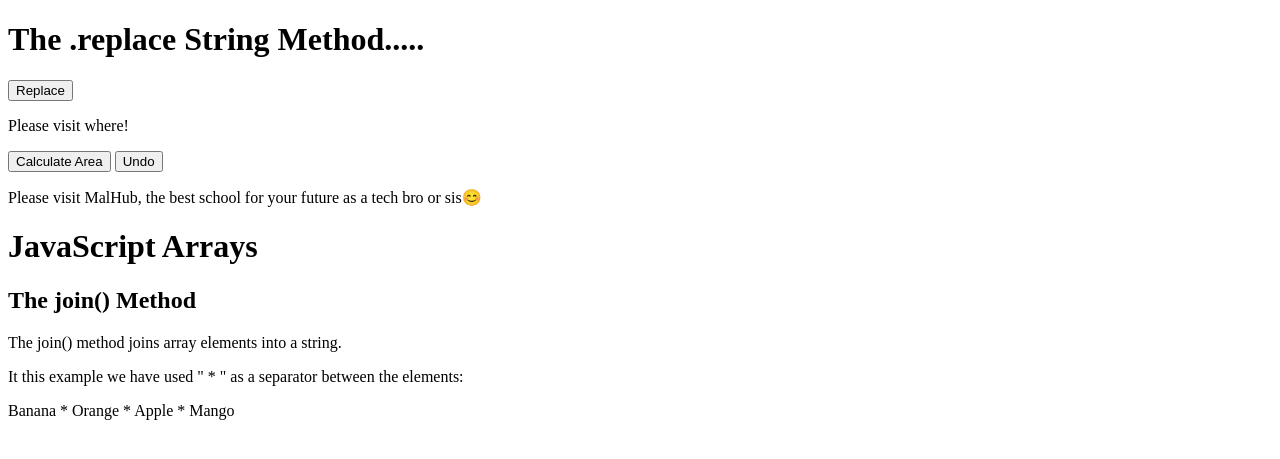
Repository: isaacCodes1/Calculator-with-js
Page: assignment.html
The author's editor kept a copy of each file at every save. The page is drawn from the files as they stood at one save, then again after a run of saves.
The browser window is 1280 px wide. The pictures show the whole page.

Above is the page before, as saved 2024-05-13 09:15:20.

### assignment.html
<!DOCTYPE html>
<html lang="en">
  <head>
    <meta charset="UTF-8" />
    <meta name="viewport" content="width=device-width, initial-scale=1.0" />
    <title>JavaScript Assignments</title>
  </head>
  <body>
    <h1>The .replace String Method.....</h1>

  <button onclick="myFunction()">Replace</button>


  <p id="replace">Please visit where!</p>
  <p id="area"></p>
  <button onclick="calculateArea()">Calculate Area</button>

  <button onclick="Function()">Undo</button>
  <p id="undo">Please visit MalHub, the best school for your future as a tech bro or sis😊</p>


  <h1>JavaScript Arrays</h1>
<h2>The join() Method</h2>

<p>The join() method joins array elements into a string.</p>
<p>It this example we have used " * " as a separator between the elements:</p>

<p id="demO"></p>

  </body>
  <script>
    //Assignment
    // Monday 6th May 2024.
    //Five use cases of named, function expressions, arrow function, higher order functions.


    //Named Functions   //A named function is a function that has a name assigned to it. It is defined using the function keyword followed by a function declaration, and it is given a name using the function keyword followed by the function name and parentheses
    // 1.)

//     const PI = 3.14159;

//     function calculateCircleArea(radius) {
//       return PI * Math.pow(radius, 2);
//     }
//     console.log(PI);

//     // 2.)
//     const square = (x) => x * x;

//     console.log(square(5)); // Output: 25

//     // 3.)
//     const multiply = (a, b) => a * b;

//     console.log(multiply(5, 10)); // Output: 50

//     // 4.)
//     const greet = (name = "Guest") => `Hello, ${name}!`;

//     console.log(greet("John")); // Output: Hello, John!
//     console.log(greet()); // Output: Hello, Guest!

//     // 5)
//     const createProduct = (name, price) => ({
//       name,
//       price,
//       description: "This is a great product!",
//     });

//     // Functions expression     //A function expression is a JavaScript expression that creates a function and assigns it to a variable or object property. It is defined using the
//     // 1.)
//     const product1 = createProduct("Laptop", 1000);
//     console.log(product1);
//     // Output: { name: 'Laptop', price: 1000, description: 'This is a great product!' }

//     // 2.)
//     const square1 = (x) => x * x;

//     console.log(square1(5)); // Output: 25

//     // 3.)
//     // Function expression assigned to a variable
//         const double = function(num) {
//             return num * 2;
//         };
//         // Using the function expression
//         console.log(double(5)); // Output: 10  // This will multiply the 5 and 8 by 2 and add their results together
//         console.log(double(8)); // Output: 16

//     // 4.)
//     let greeting = "Hello";
//     let name = "John";

//     let greetPerson = function () {
//         return `${greeting}, ${name}!`;
//     };

//     console.log(greetPerson());

//     // 5.)
//     let num1 = 10;
//     let num2 = 5;

//     let addNumbers = function (a, b) {
//         return a + b;
//     };

//     console.log(addNumbers(num1, num2));

//     // Arrow Functions.

//     // 1.)

//     let adDNumbers = (a, b) => a + b;
//     console.log(addNumbers(5, 3)); // Output: 8

//     // 2.)

//     let square2 = (num) => num * num;
//     console.log(square2(4)); // Output: 16

//     // 3.)

//     let greetingS = (name) => `Hello, ${name}!`;
//     console.log(greetingS("Isaac")); // Output: Hello, Isaac!

//     // 4.)

//     let isEven = (num) => (num % 2 === 0 ? true : false);
//     console.log(isEven(10)); // Output: true

//     // 5.)

//     let calculateArea = (length, width) => length * width;
//     console.log(calculateArea(4, 5)); // Output: 20

//     // Higher order Functions.      //Higher-order functions are functions that can take other functions as arguments or return functions as their results.

//     // 1.)

//     let numbers = [1, 2, 3, 4, 5, 6];
//     let evenNumbers = numbers.filt      er((num) => num % 2 === 0);
//     console.log(evenNumbers); // Output: [2, 4, 6]

//     // 2.)

//     let numberS = [1, 2, 3, 4, 5];
//     let doubledNumbers = numberS.map((num) => num * 2);
//     console.log(doubledNumbers); // Output: [2, 4, 6, 8, 10]    //The map method is a higher-order function in JavaScript that is used to transform each element of an array into a new element based on a callback function.


//     // 3.)

//     let numbErs = [1, 2, 3, 4, 5];
//     let sum = numbErs.reduce((acc, curr) => acc + curr, 0);
//     console.log(sum); // Output: 15


// // 4.)

//     let colors = ['red', 'blue', 'green'];
//     colors.forEach(color =>
//     console.log(color));
// // Output:
// // red
// // blue
// // green


// // 5.)

// let nuMbers = [10, 20, 30, 40, 50];

// // Using the find method to find the first element greater than 25
// let result = nuMbers.find(num => num > 25);

// console.log(result); // Output: 30


// Tuesday 7th May, 2024.

  // .Concat Method..
  // 1,)

  var name = "Isaac";
  var surName = "Oladimeji";
  var fullName = name.concat(" ", surName);
  console.log(fullName);


  // 2.)

  let address = "No.";
  let noAddress = "10";
  let addStreet = "Police Road.";
  let fullAddress = address.concat(" ", noAddress, " ", addStreet);
  console.log(fullAddress);


  // 3.)

  let myList = "I need 10 Apples,";
  let myList1 = "Oranges, maybe🫡 watermelon,";
  let myList2 = "and a good blender for";
  let myList3 = "my fruit project!";
  let full = myList.concat(" ", myList1, " ", myList2, " ", myList3);
  console.log(full);



  // .padStart Method...


  // // 1.)

  // let myPassword1 = "5012"
  // let fullPassword = myPassword1.padStart(5, "3",);
  // console.log(fullPassword);  //Output:  "35012"

  // // 2.)

  // let str = '123';
  // let paddedStr = str.padStart(5, '0');
  // console.log(paddedStr); // Output: "00123"

  // 3.)

  let num = 7;
  let paddedNum = num.toString().padStart(3, '0');
  console.log(paddedNum); // Output: "007"



  // .padEnd Method.....


  // 1.)

  let Str = 'Hello, world';
  let PaddedStr = Str.padEnd(8, '!');
  console.log(PaddedStr); // Output: "Hello!!!"


  // 2.)

  let number = 123;
  let paddedNumber = number.toString()
  console.log(paddedNumber); // Output: "123000"


  // 3.)

  let text = 'JavaScript no be your mate';
  let paddedText = text.padEnd(40, "😑!");
  console.log(paddedText); // Output: "JavaScript no be your mate 😑!😑!😑!😑!😑!"



  // .repeat Method


  // 1.)

  let str1 = "Welcome! ";
  let repeatedStr = str1.repeat(3);
  console.log(repeatedStr); // Output: "abcabcabc"


  // 2.)

  let symbol = "*";
  let repeatedSymbol = symbol.repeat(5);
  console.log(repeatedSymbol); // Output: "*****"


  // 3.)

  let word = "Hello. ";
  let repeatedWord = word.repeat(2);
  console.log(repeatedWord); // Output: "Hello. Hello."



  // .replace Method...


  // 1.)


  let stR = 'Hello, to the World!';
  let newStr = stR.replace('Hello', 'JavaScript');
  console.log(newStr); // Output: "Hello, JavaScript!"



  // 2.)

  //With functions...

  function myFunction() {
  let text = document.getElementById("replace").innerHTML;
  document.getElementById("replace").innerHTML =
  text.replace("where","MalHub, the best school for your future as a tech bro or sis😊");
}

function Function(){
  let text = document.getElementById("undo").innerHTML;
  document.getElementById("undo").innerHTML =
  text.replace("MalHub, the best school for your future as a tech bro or sis😊","where!");
}


// 3.)

  let teXt = 'Hello, World! Hello, World!';
  let newText = teXt.replace(/Hello/g, 'Hi');
  console.log(newText); // Output: "Hi, World! Hi, World!"





  // .replaceAll method...


  // 1.)

  let sTr = 'Hi, World! Hi, World!';
  let NewStr = sTr.replaceAll('Hi', 'Hello!');
  console.log(NewStr); // Output: "Hello, World! Hello, World!"




  // 2.)


  let sentence = 'The quick brown fox jumps over the lazy dog.';
  let newSentence = sentence.replaceAll('o', '0');
  console.log(newSentence); // Output: "The quick br0wn f0x jumps 0ver the lazy d0g"


  // 3.)


  let tExt = 'Hello, World! Hello, World!';
  let NewText = tExt.replaceAll(/World/g, 'Mr.Jamiu');
  console.log(NewText); // Output: "Hi, World! Hi, World!"



  let house = "ade";
  let odHouse = "Oladimeji";
  let newHouse = ("d" + "og");
  console.log(newHouse);

  const greet = (name = "Idowu") => `Hello, ${name}!`;

    console.log(greet("John")); // Output: Hello, John!
    console.log(greet()); // Output: Hello, Guest!




  const square = (y) => y * y;

    console.log(square(10)); // Output: 25


     // Assign a value to the 'radius' variable
     let radius = 5;

// Define a function to calculate the area of a circle
function calculateArea() {
    // Use the Math.PI and Math.pow functions to calculate the area
    let area = Math.PI * Math.pow(radius, 3);

    // Display the result in the 'area' paragraph element
    document.getElementById("area").innerHTML = "The area of the circle is: " + area;
}

let name22 = "fgm";
  let name1 = "Idowu";
  let fullName2 = `Hello, ${name22}!`;
  console.log(fullName2);

  let as = "Idowu";
let newName = as.toUpperCase();
console.log(newName);




// Wednesday 8th May, 2024.

  // 1.)

  // .join Method.     //The join method in JavaScript is used to create and return a new string by concatenating all the elements of an array.
  const fruIts = ["Banana", "Orange", "Apple", "Mango"];

// 1,)
  const fruits = ["Banana", "Orange", "Apple", "Mango"];
  document.getElementById("demO").innerHTML = fruIts.join(" * ");


  // 2.)
  let fRuits = ['apple', 'banana', 'cherry'];
  let result = fRuits.join(', ');

  console.log(result); // Output: "apple, banana, cherry"

  // 3.)

  let numbers = [1, 2, 3, 4, 5];
  let reSult = numbers.join(' + ');

  console.log(reSult); // Output: "1 + 2 + 3 + 4 + 5"



  // .push Method   //The push method in JavaScript is used to add one or more elements to the end of an array and returns the new length of the array.

  // 1.)
    let fruit = ['apple', 'banana', 'orange'];
    fruit.push('grape');
  console.log(fruit); // Output: ['apple', 'banana', 'orange', 'grape']

  // 2.)

  let numbeR = [1, 2, 3, 4];
  numbeR.push(5);
  console.log(numbers); // Output: [1, 2, 3, 4, 5]

  // 3.)

  let colors = ['red', 'blue', 'green'];
  colors.push('yellow', 'purple');
  console.log(colors); // Output: ['red', 'blue', 'green', 'yellow', 'purple']


  // .pop  Method    //The pop method in JavaScript is used to remove the last element from an array and return that element.

  // 1.)
  let fruis = ['apple', 'banana', 'orange'];
  let lastFruit = fruis.pop();
  console.log(lastFruit); // Output: 'orange'
  console.log(fruis); // Output: ['apple', 'banana']


  // 2.)
  let numb = [1, 2, 3, 4];
  let lastNumber = numb.pop();
  console.log(lastNumber); // Output: 4
  console.log(numb); // Output: [1, 2, 3]

  // 3.)
  let colours = ['red', 'blue', 'green'];
  let lastColor = colours.pop();
  console.log(lastColor); // Output: 'green'
  console.log(colours); // Output: ['red', 'blue']


  // Shift Method...    //The shift method in JavaScript is used to remove the first element from an array and return that element.

  // 1.)
  let colos = ['red', 'blue', 'green'];
  let firstColor = colos.shift();
  console.log(firstColor); // Output: 'red'
  console.log(colos); // Output: ['blue', 'green']

  // 2.)

  let numers = [1, 2, 3, 4, 5];
  let firstNumber = numers.shift();
  console.log(firstNumber); // Output: 1
  console.log(numers); // Output: [2, 3, 4, 5]

  // 3.)

  let fun = ['apple', 'banana', 'orange', 'kiwi'];
  let firstFruit = fun.shift();
  console.log(firstFruit); // Output: 'apple'
  console.log(fun); // Output: ['banana', 'orange', 'kiwi']



  // Unshift Method....       //The unshift method in JavaScript is used to add one or more elements to the beginning of an array.

  // 1.)

  let nos = [3, 4, 5];
  nos.unshift(1, 2);
  console.log(nos); // Output: [1, 2, 3, 4, 5]


  // 2.)

  let pic = ['green', 'blue'];
  pic.unshift('red');
  console.log(pic); // Output: ['red', 'green', 'blue']

  // 3.)

  let animals = ['dog', 'cat'];
  animals.unshift('rabbit', 'hamster');
  console.log(animals); // Output: ['rabbit', 'hamster', 'dog', 'cat']




  // delete Method..      //In JavaScript, the delete operator is used to delete a property from an object. It can also be used to delete an element from an array, but it does not reindex the array or change the length of the array. Instead, it sets the value of the deleted element to undefined.


  // 1.)

  let veg = ['apple', 'banana', 'orange'];
  delete veg[1];
  console.log(veg); // Output: ['apple', empty, 'orange']

  // 2.)

  let count = [1, 2, 3, 4, 5];
  delete count[3];
  console.log(count); // Output: [1, 2, 3, empty, 5]

  // 3.)

  let shade = ['red', 'blue', 'green'];
  delete shade[2];
  console.log(shade); // Output: ['red', 'blue, empty]



  // concat Method....      //This is used to join tow or more arrays together in to one new array.

  // 1.)

  let arr1 = [1, 2, 3];
  let arr2 = [4, 5, 6];
  let combinedArray = arr1.concat(arr2);
  console.log(combinedArray); // Output: [1, 2, 3, 4, 5, 6]


  // 2.)

  let eatables = ['apple', 'banana'];
  let moreFruits = ['orange', 'kiwi'];
  let allFruits = eatables.concat(moreFruits);
  console.log(allFruits); // Output: ['apple', 'banana', 'orange', 'kiwi']


  // 3.)

  let names1 = ['John', 'Jane'];
  let names2 = ['Alice', 'Bob'];
  let allNames = names1.concat(names2);
  console.log(allNames); // Output: ['John', 'Jane', 'Alice', 'Bob']



  // copyWithin method...         //The copyWithin method is used to copy a sequence of array elements within the same array.



  // 1.)

  let counts = [1, 2, 3, 4, 5];
  counts.copyWithin(0, 3, 5);
  console.log(counts); // Output: [4, 5, 3, 4, 5]


  // 2.)

  let color = ['red', 'green', 'blue', 'yellow', 'orange'];
  color.copyWithin(1, 3, 5);
  console.log(color); // Output: ['red', 'yellow', 'orange', 'yellow', 'orange']

  // 3.)

  let letters = ['a', 'b', 'c', 'd', 'e'];
  letters.copyWithin(-3, -1);
  console.log(letters); // Output: ['a', 'd', 'e', 'd', 'e']




  // flat Method...       //The flat method is used to flatten a nested array by concatenating all sub-array elements into a new array.


  // 1.)

  let nestedArray = [1, [2, 3], 4, [5]];
  let flatArray = nestedArray.flat();
  console.log(flatArray); // Output: [1, 2, 3, 4, 5]

  // 2.)

  let deeplyNested = [1, [2, [3, [4]]]];
  let flatDeeplyNested = deeplyNested.flat(Infinity);
  console.log(flatDeeplyNested); // Output: [1, 2, 3, 4]


  // 3.)

  let arrayWithEmptySlots = [1, 2, , 3, 4];
  let flatArrayWithoutEmpty = arrayWithEmptySlots.flat();
  console.log(flatArrayWithoutEmpty); // Output: [1, 2, 3, 4]



  // splice Method........


  // 1.)

  let figure = [10, 20, 30, 40, 50];
  figure.splice(2, 2); // Removes 2 elements starting from index 2
  console.log(figure); // Output: [10, 20, 50]


  // 2.)

  let veges = ['apple', 'banana', 'cherry'];
  veges.splice(1, 0, 'orange', 'pear'); // Inserts 'orange' and 'pear' at index 1
  console.log(veges); // Output: ['apple', 'orange', 'pear', 'banana', 'cherry']

  // 3.)

  let shades = ['red', 'green', 'blue'];
  shades.splice(1, 1, 'yellow', 'purple'); // Replaces 1 element at index 1 with 'yellow' and 'purple'
  console.log(shades); // Output: ['red', 'yellow', 'purple', 'blue']
    </script>
</html>

After the next 2 saves:
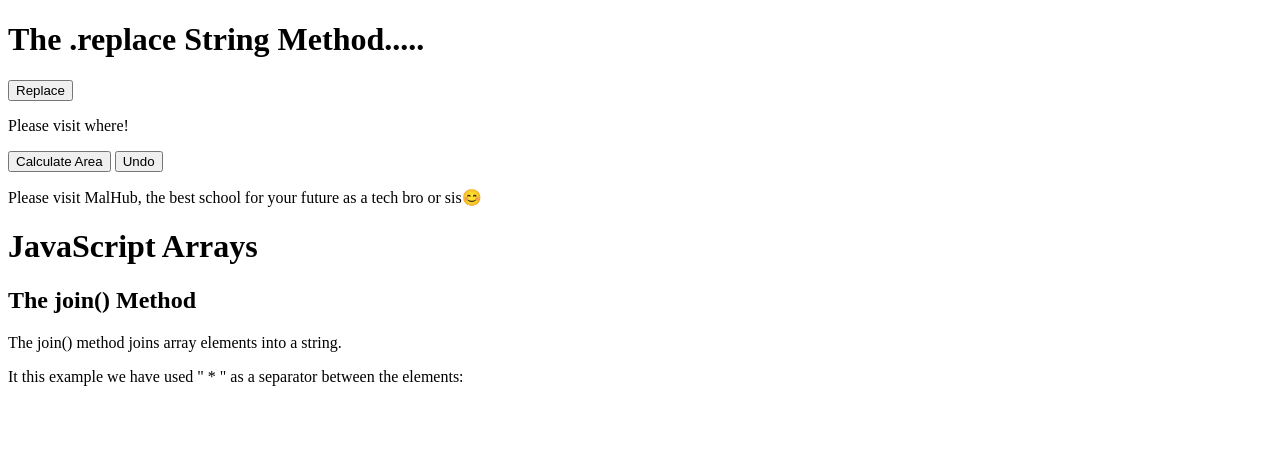
Console error: TypeError: Cannot read properties of undefined (reading 'log')
The 2 saves are shown as one change because they came seconds apart.
The last was saved 22 s later.
--- a/assignment.html
+++ b/assignment.html
@@ -211,17 +211,17 @@
   // .padStart Method...
 
 
-  // // 1.)
-
-  // let myPassword1 = "5012"
-  // let fullPassword = myPassword1.padStart(5, "3",);
-  // console.log(fullPassword);  //Output:  "35012"
-
-  // // 2.)
-
-  // let str = '123';
-  // let paddedStr = str.padStart(5, '0');
-  // console.log(paddedStr); // Output: "00123"
+  // 1.)
+
+  let myPassword1 = "5012"
+  let fullPassword = myPassword1.padStart(5, "3",);
+  console.log(fullPassword);  //Output:  "35012"
+
+  // 2.)
+
+  let str = '123';
+  let paddedStr = str.padStart(5, '0');
+  console.log(paddedStr); // Output: "00123"
 
   // 3.)
 
@@ -244,7 +244,7 @@
   // 2.)
 
   let number = 123;
-  let paddedNumber = number.toString()
+  let paddedNumber = number.toString().
   console.log(paddedNumber); // Output: "123000"
 
 

After the save that followed:
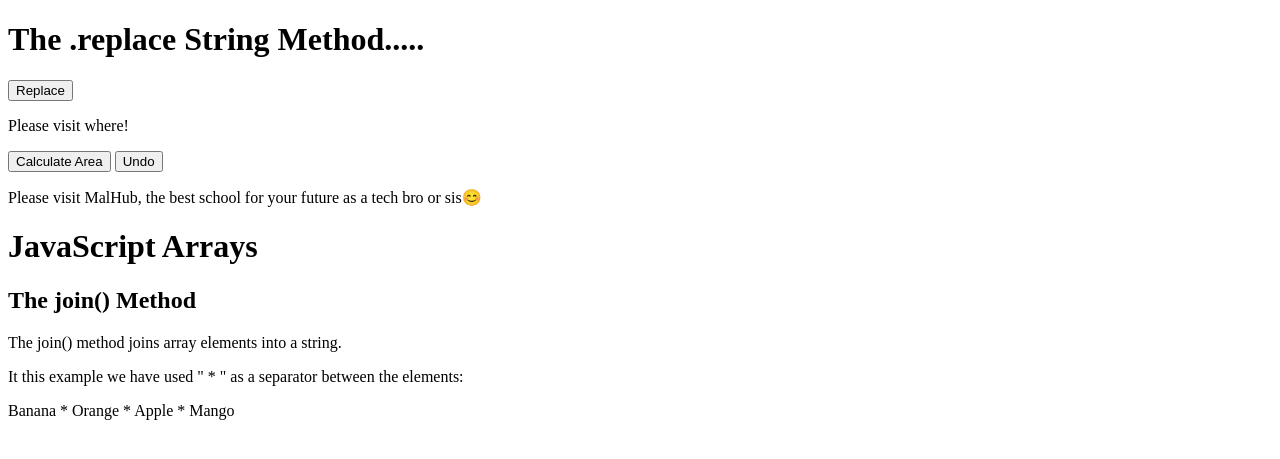
The error is gone.
Saved 6 s later.
--- a/assignment.html
+++ b/assignment.html
@@ -244,7 +244,7 @@
   // 2.)
 
   let number = 123;
-  let paddedNumber = number.toString().
+  let paddedNumber = number.toString().padEnd(6, '0');
   console.log(paddedNumber); // Output: "123000"
 
 
